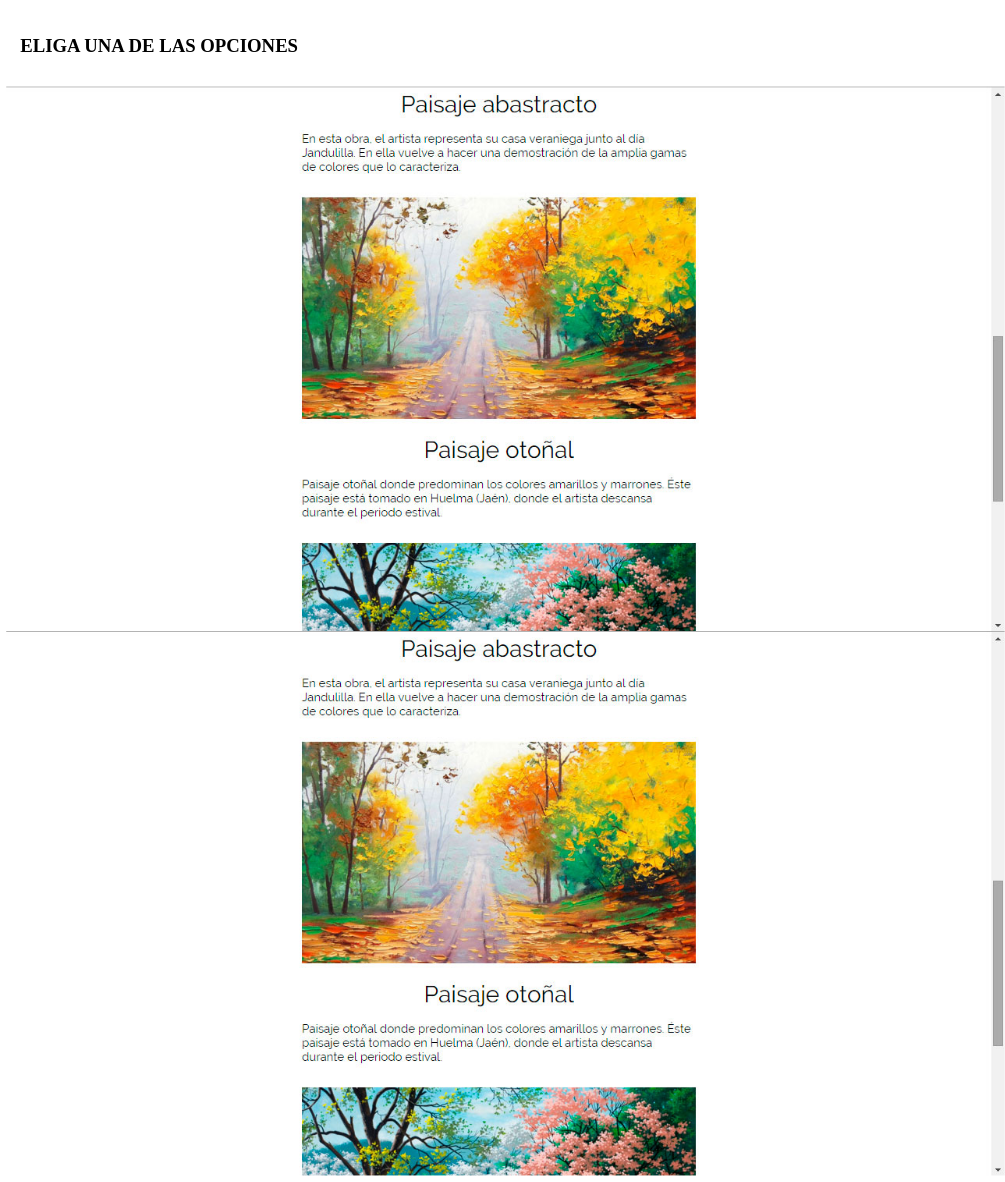
Repository: jluislechado/practicaGaleria
Page: plantillas/_previsualizar.html
The author's editor kept a record of every edit. The page is drawn from the files as they stood at one moment, then again after the next edit.
The browser window is 1280 px wide. The page is 1288 px wide, so the pictures cover 1288 px, including what lies to the right of the window. The pictures show the whole page, at 78% of full size.

Above is the page before.

After the next edit:
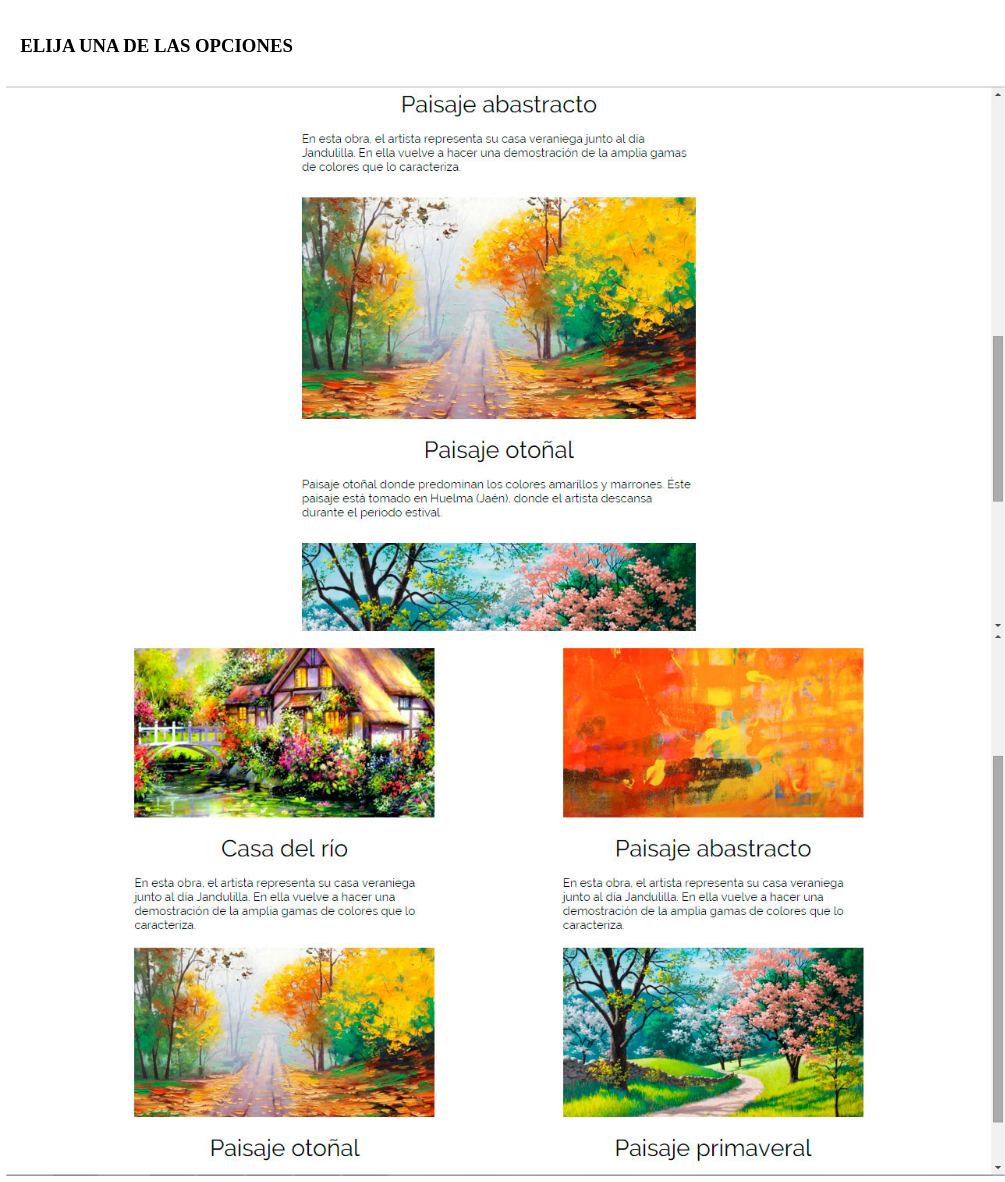
The edit:
--- a/plantillas/_previsualizar.html
+++ b/plantillas/_previsualizar.html
@@ -1,3 +1,3 @@
-<br/><h2 id="tituloPre">&nbsp;&nbsp;&nbsp;ELIGA UNA DE LAS OPCIONES</h2><br/>
-<div id="capa1"><a href="../artista/index.php?op=elegir"><img src="../imagenes/plantilla1.jpg"/></a></div>
-<div id="capa2"><a href="../artista/index.php?op=elegir"><img src="../imagenes/plantilla1.jpg"/></a></div>
+<br/><h2 id="tituloPre">&nbsp;&nbsp;&nbsp;ELIJA UNA DE LAS OPCIONES</h2><br/>
+<div id="capa1"><a href="../artista/index.php?op=elegir&opcion=1"><img src="../imagenes/plantilla1.jpg" class="im"/></a></div>
+<div id="capa2"><a href="../artista/index.php?op=elegir&opcion=2"><img src="../imagenes/plantilla2.jpg" class="im"/></a></div>
